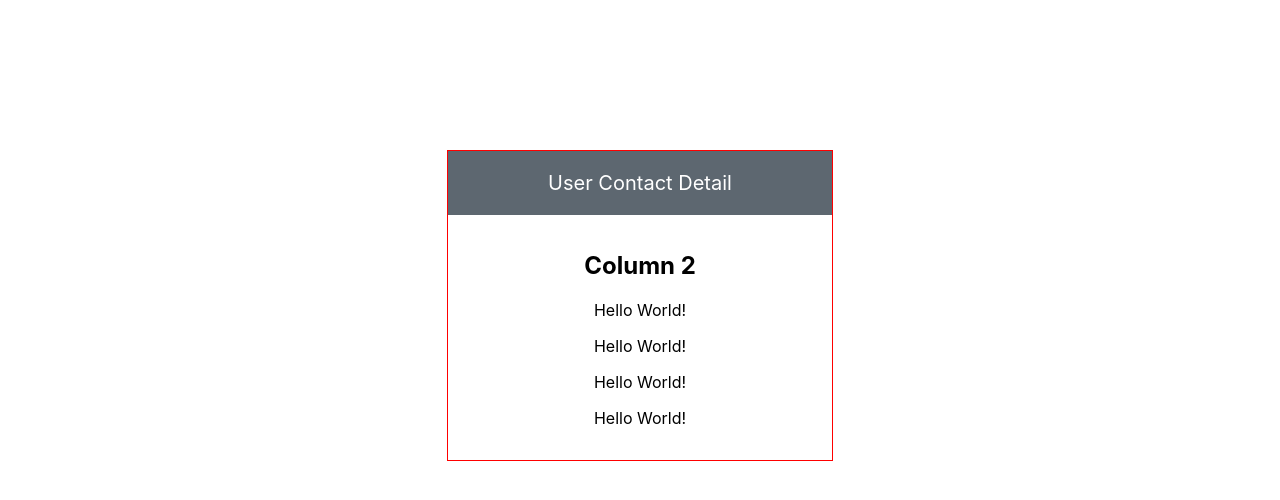
Repository: fdhhhdjd/Redux-Toolkit-CURD-Firebase
Page: /view/1
An editor plug-in stored every save of this project. The page is shown before and after the next save, followed by the edit.
The browser window is 1280 px wide. The pictures show the whole page.
The project was rebuilt for these pictures with package versions that can differ from the ones it lists, and the page was loaded fresh each time. Also part of the build but not shown: src/Styles/Home.css, src/Component/Home.js, src/Styles/AddEdit.css, src/Component/AddEdit.js.

Above is the page before, as saved 2021-10-24 21:50:44.

### src/index.js
import React from "react";
import ReactDOM from "react-dom";
import "./index.css";
import App from "./App";
import store from "./Redux/Store";
import { Provider } from "react-redux";
import * as serviceWorker from "./serviceWorker";

ReactDOM.render(
  <React.StrictMode>
    <Provider store={store}>
      <App />
    </Provider>
  </React.StrictMode>,
  document.getElementById("root")
);

// If you want your app to work offline and load faster, you can change
// unregister() to register() below. Note this comes with some pitfalls.
// Learn more about service workers: https://bit.ly/CRA-PWA
serviceWorker.unregister();

### src/App.js
import React from "react";
import "./App.css";
import { BrowserRouter, Switch, Route } from "react-router-dom";
import { ToastContainer } from "react-toastify";
import "react-toastify/dist/ReactToastify.css";
import { Home, View, AddEdit } from "./import/Index";
function App() {
  return (
    <>
      <BrowserRouter>
        <div className="App">
          <ToastContainer position="top-center" />
          <Switch>
            <Route exact path="/" component={Home} />
            <Route path="/add" component={AddEdit} />
            <Route path="/update/:id" component={AddEdit} />
            <Route path="/view/:id" component={View} />
          </Switch>
        </div>
      </BrowserRouter>
    </>
  );
}

export default App;

### src/Redux/Store.js
import { configureStore, createStore } from "@reduxjs/toolkit";
import logger from "redux-logger";
import thunk from "redux-thunk";
import { composeWithDevTools } from "redux-devtools-extension";
import ContactReducer from "./ContactSlice";
const middleware = [thunk];
if (process.env.NODE_ENV === "development") {
  middleware.push(logger);
}
const store = configureStore({
  reducer: {
    todos: ContactReducer,
    middleware: [logger],
  },
});

export default store;

### src/import/Index.js
export { default as Home } from "../Component/Home";
export { default as AddEdit } from "../Component/AddEdit";
export { default as View } from "../Component/View";

### src/Redux/ContactSlice.js
import { createSlice, createAsyncThunk } from "@reduxjs/toolkit";
import { v4 as uuidv4 } from "uuid";
import { nanoid } from "nanoid";
const initialState = {
  contacts: [
    {
      id: 1,
      name: "Nguyễn Tiến Tài",
      email: "nguyentientai10@gmai.com",
      phone: "0798805741",
      status: "Active",
    },
    {
      id: 2,
      name: "Nguyễn Hữu Quyền",
      email: "huuquyen2000@gmail.com",
      phone: "09658235656",
      status: "Inactive",
    },
    {
      id: 3,
      name: "Nguyễn Bảo Khang",
      email: "jbaokhangdesigner@gmail.com",
      phone: "0353263452",
      status: "Active",
    },
    {
      id: 4,
      name: "Bùi Huỳnh Quốc Trung	",
      email: "quoctrung@gmail.com",
      phone: "0348561815",
      status: "Inactive",
    },
    {
      id: 5,
      name: "Trần Phi Hoàng",
      email: "phihoang1@gmail.com",
      phone: "0936095986",
      status: "Active",
    },
  ],
  contact: {
    name: "",
    email: "",
    phone: "",
    status: "",
  },
};
const TodoSlice = createSlice({
  name: "todos",
  initialState,
  reducers: {
    getContact: (state, action) => {
      state.contact = state.contacts.find((item) => item.id == action.payload);
    },
    addContact: (state, action) => {
      const newData = { ...action.payload, id: uuidv4() };
      state.contacts = [...state.contacts, newData];
    },
    deleteContact: (state, action) => {
      state.contacts = state.contacts.filter(
        (item) => item.id !== action.payload
      );
    },
    updateContact: (state, action) => {
      state.contacts = state.contacts.map((item) =>
        item.id === action.payload.id ? action.payload : item
      );
    },
  },
});
const ContactReducer = TodoSlice.reducer;
export const { addContact, deleteContact, getContact, updateContact } =
  TodoSlice.actions;
export const GetTodo = (state) => state.todos;
export default ContactReducer;

### src/Component/View.js
import React, { useEffect, useState } from "react";
import { useParams } from "react-router";
import "../Styles/View.css";
import { Link } from "react-router-dom";
import { getContact, GetTodo } from "../Redux/ContactSlice";
import { useDispatch, useSelector } from "react-redux";

const View = () => {
  const [user, setUser] = useState({});
  const { contact } = useSelector(GetTodo);
  const { id } = useParams();
  const dispatch = useDispatch();
  useEffect(() => {
    dispatch(getContact(id));
    setUser({ ...contact });
  }, [id, contact]);

  return (
    <>
      <div style={{ marginTop: "150px" }}>
        <div className="card">
          <div className="card-header">
            <p>User Contact Detail</p>
          </div>
          {/* <div className="container">
            <strong>ID: </strong>
            <span>{id}</span>
            <br />
            <br />
            <strong>Name: </strong>
            <span>{user.name}</span>
            <br />
            <br />
            <strong>Email: </strong>
            <span>{user.email}</span>
            <br />
            <br />
            <strong>Status: </strong>
            <span>{user.status}</span>
            <br />
            <br />
            <strong>Phone: </strong>
            <span>{user.phone}</span>
            <br />
            <br />
            <Link to="/">
              <button className="btn btn-edit">Go Back</button>
            </Link>
          </div> */}
          <div class="col-wrap">
            <div class="col">
              <h2>Column 2</h2>
              <p>Hello World!</p>
              <p>Hello World!</p>
              <p>Hello World!</p>
              <p>Hello World!</p>
            </div>
          </div>
        </div>
      </div>
    </>
  );
};

export default View;

### src/Styles/View.css
.card {
    width: 30%;
    display: flex;
    flex-direction: column;
    border: 1px red solid;
    align-content: center;
    margin: 0 auto;
  }

  .card-header {
    height: 30%;
    background: #5d6770;
    color: white;
    text-align: center;
  }

  .card-header p {
    font-size: 20px;
  }
  .container {
    padding: 4px 16px;
  }

  .col-wrap {
    display: table;
    width: 100%;
  }

  .col {
    display: table-cell;
    padding: 1rem
  }
  .col:nth-child(even){
    background-color:orange;
  }
  .col:nth-child(odd){
    background-color:white;
  }

Loaded but not shown: public/index.html (common file); src/index.css (common file); src/serviceWorker.js (common file); src/App.css (common file)

After the next save:
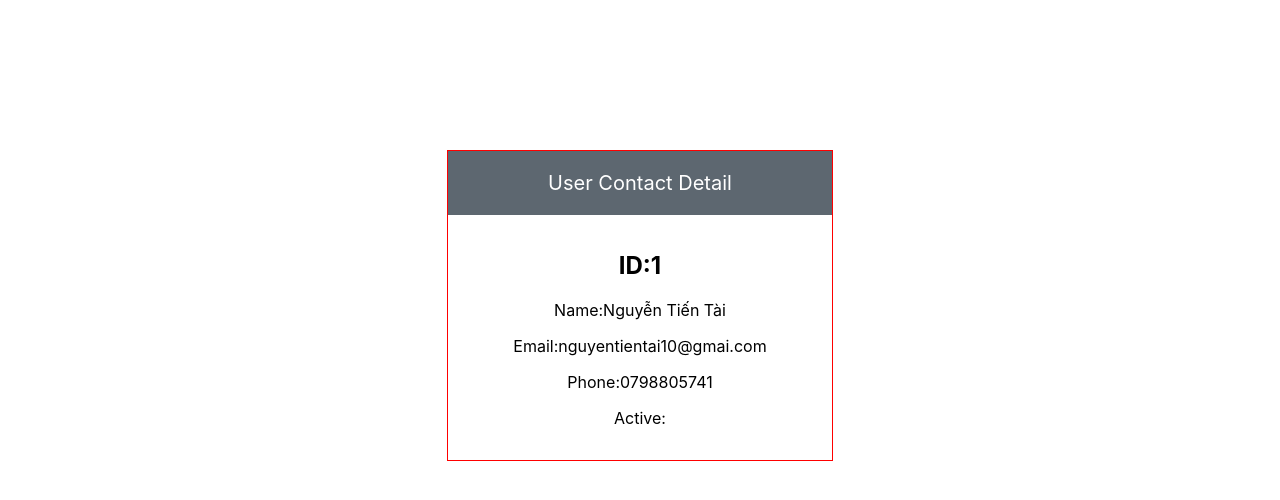
Saved 78 s later.
--- a/src/Component/View.js
+++ b/src/Component/View.js
@@ -49,11 +49,11 @@ const View = () => {
           </div> */}
           <div class="col-wrap">
             <div class="col">
-              <h2>Column 2</h2>
-              <p>Hello World!</p>
-              <p>Hello World!</p>
-              <p>Hello World!</p>
-              <p>Hello World!</p>
+              <h2>ID:{id}</h2>
+              <p>Name:{user.name}</p>
+              <p>Email:{user.email} </p>
+              <p>Phone:{user.phone}</p>
+              <p>Active:{user.active}</p>
             </div>
           </div>
         </div>
